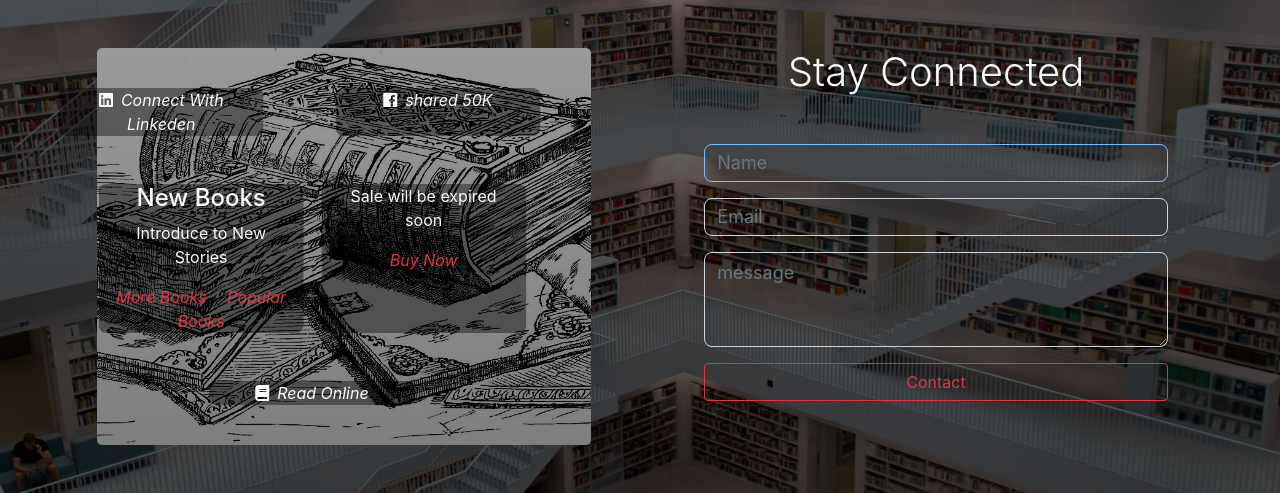
Repository: imedakrouti/BookStore
Page: index.html
An editor plug-in stored every save of this project. The page is shown before and after the next save, followed by the edit.
The browser window is 1280 px wide. The pictures show the part of the page from y = 4258 to 4751 px (the page is 4751 px tall).
The first visible `.form-contact input[type='text']` has the focus.
Backgrounds fixed to the window are drawn as part of the page. Some web libraries are served in a nearby version.

Above is the page before, as saved 2020-05-07 18:48:11.

After the next save:
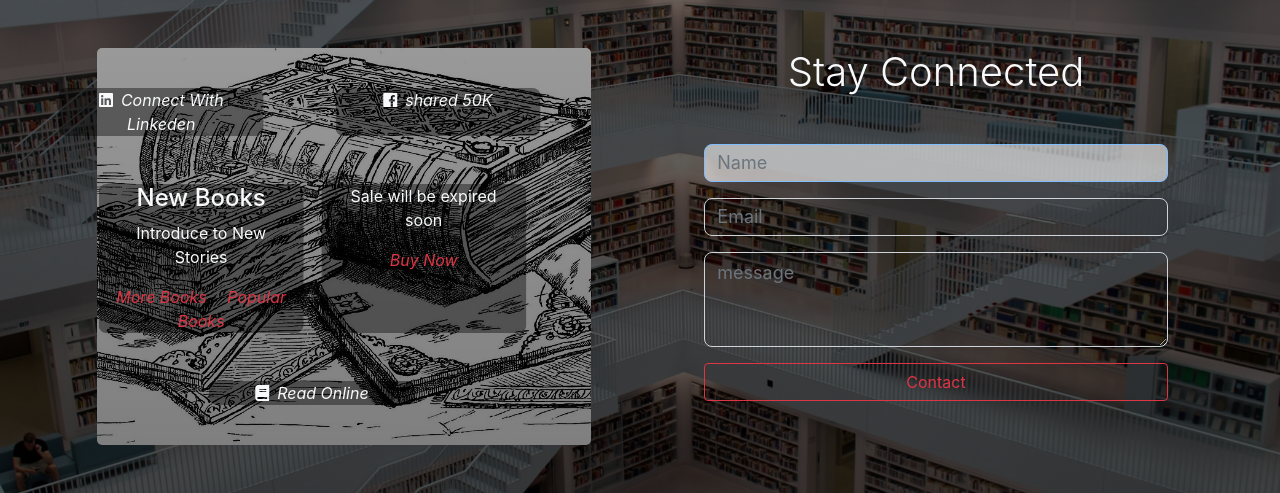
Saved 9 s later.
--- a/styles/styles.css
+++ b/styles/styles.css
@@ -324,7 +324,7 @@
 .form-contact input[type='email']:focus,
 .form-contact textarea:focus{
    box-shadow:none;
-   background:rgba(255,255,255,0.6)).
+   background:rgba(255,255,255,0.6);
 
 }
 /* END CONTACT  */
